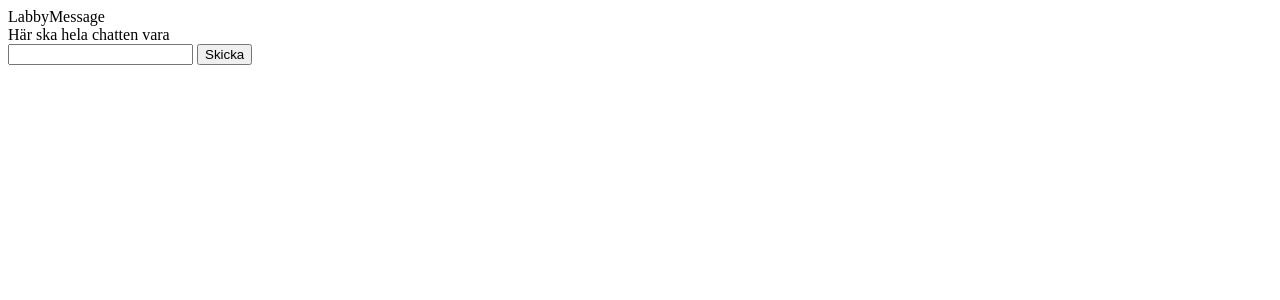
Repository: RebeccaFransson/1dv403-laborationer
Page: 2-labbymezzage/index.html
The author's editor kept a record of every edit. The page is drawn from the files as they stood at one moment, then again after the next edit.
The browser window is 1280 px wide. The pictures show the whole page.

Above is the page before.

### 2-labbymezzage/index.html
<!DOCTYPE html>
<html lang="sv">
<head>
	<meta charset="UTF-8" />
 	<title>JavaScript - Labby Mezzage</title>
</head>
    <body>
        <header>LabbyMessage</header>

        <main>
            Här ska hela chatten vara

            <form>
 			    <input type="text" id="number" /> <input id="send" type="submit" value="Skicka" />
 			    <p id="value"></p>
		    </form>

        </main>


    	  <script src="script.js"></script>

    </body>
</html>

Loaded but not shown: 2-labbymezzage/script.js (no copy from this time; the picture is the same without it)

After the next edit:
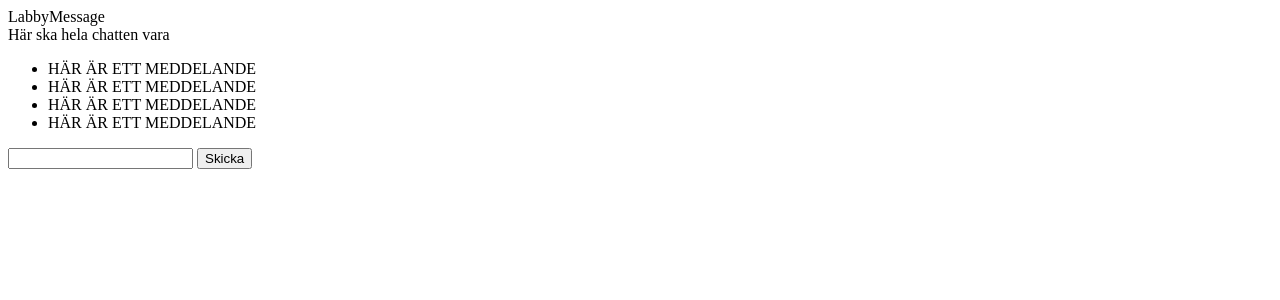
The edit:
--- a/2-labbymezzage/index.html
+++ b/2-labbymezzage/index.html
@@ -9,7 +9,12 @@
 
         <main>
             Här ska hela chatten vara
-
+            <ul>
+                <li>HÄR ÄR ETT MEDDELANDE</li>
+                <li>HÄR ÄR ETT MEDDELANDE</li>
+                <li>HÄR ÄR ETT MEDDELANDE</li>
+                <li>HÄR ÄR ETT MEDDELANDE</li>
+            </ul>
             <form>
  			    <input type="text" id="number" /> <input id="send" type="submit" value="Skicka" />
  			    <p id="value"></p>
